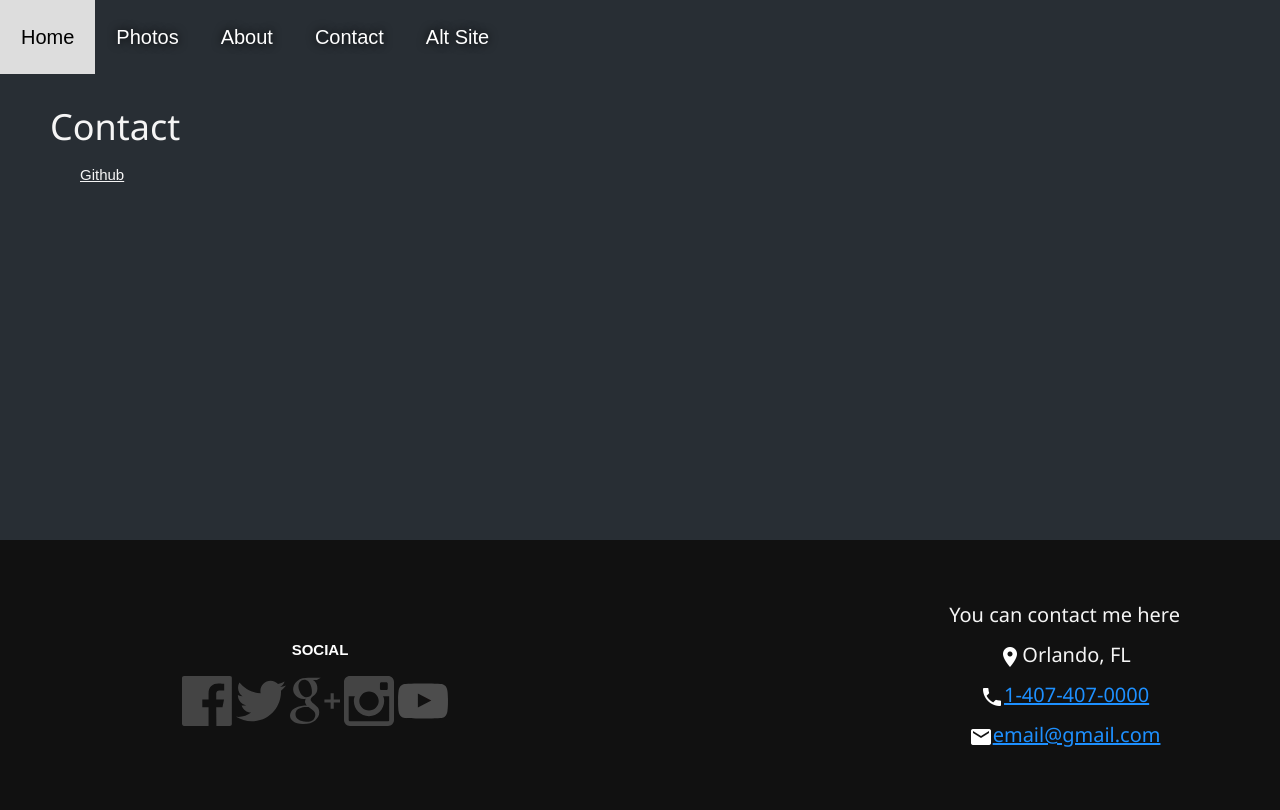
Repository: Jasondhillon/jasondhillon.github.io
Page: contact/index.html
The author's editor kept a copy of each file at every save. The page is drawn from the files as they stood at one save, then again after the next save.
The browser window is 1280 px wide. The pictures show the whole page.

Above is the page before, as saved 2020-04-07 22:19:05.

After the next save:
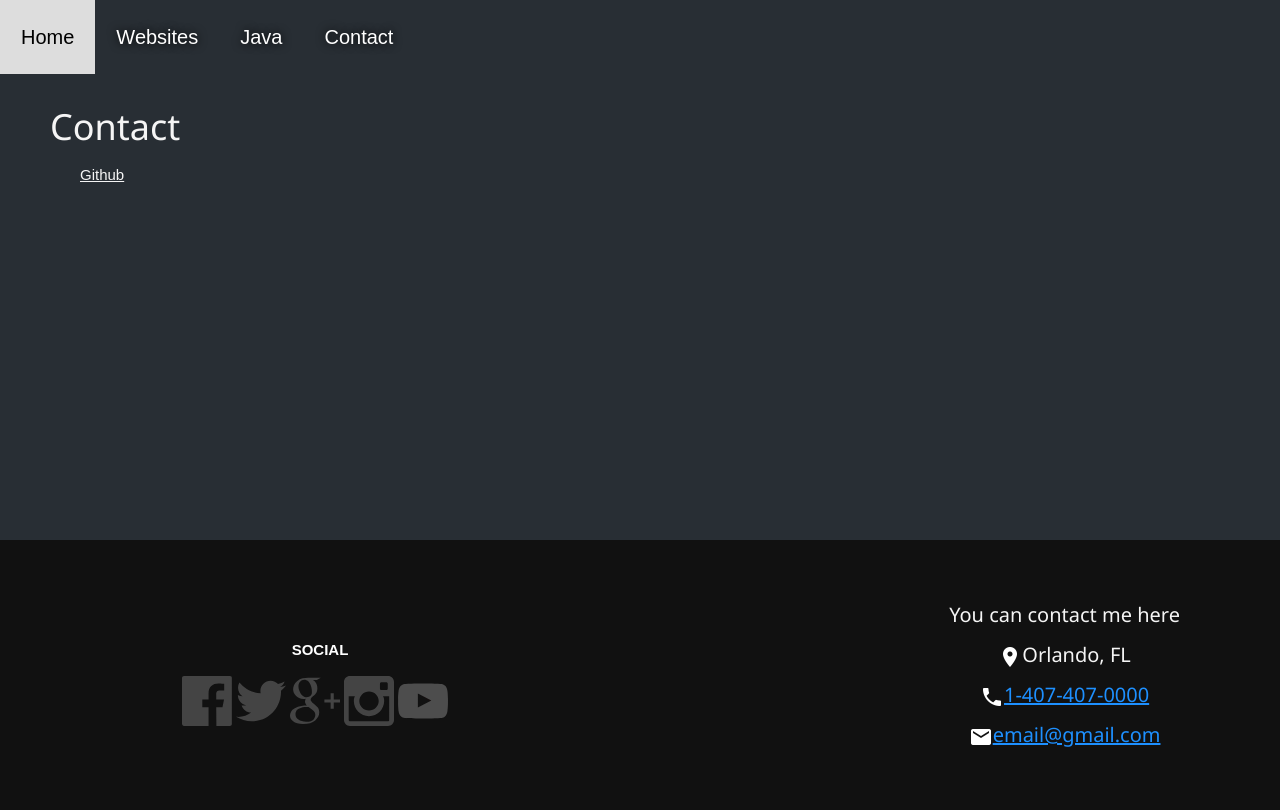
Saved 38 s later.
--- a/contact/index.html
+++ b/contact/index.html
@@ -13,10 +13,9 @@
 <!-- NavBar -->
     <nav class="topnav" style="background-color: #282E34" id="myTopnav">
         <a href="../index.html">Home</a>
-        <a href="../photos/index.html">Photos</a>
-        <a href="../about/index.html">About</a>
+        <a href="../website/index.html">Websites</a>
+        <a href="../java/index.html">Java</a>
         <a href="../contact/index.html">Contact</a>
-        <a href="../alt/index.html">Alt Site</a>
         <a href="javascript:void(0);" style="font-size:15px;" class="icon" onclick="myFunction();">&#9776;</a>
     </nav>
     <script>
